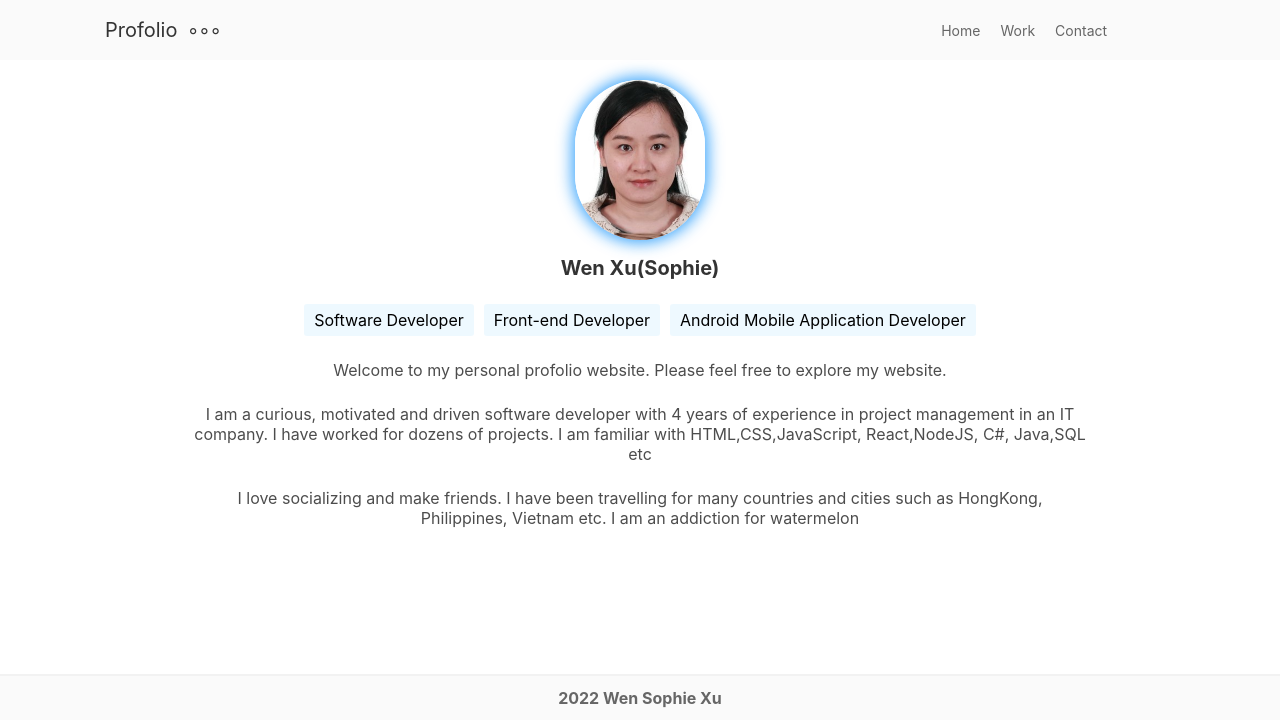
Repository: wenxi0504/myResume_app
Page: /
An editor plug-in stored every save of this project. The page is shown before and after the next save, followed by the edit.
The browser window is 1280 px wide. The pictures show the whole page.
The pointer rests on the first visible `img`.
The project was rebuilt for these pictures with package versions that can differ from the ones it lists, and the page was loaded fresh each time. Also part of the build but not shown: src/pages/WorkPage/index.js, src/pages/WorkPageDetail/index.js, src/pages/Contact/index.js.

Above is the page before, as saved 2022-01-03 16:09:35.

After the next save:
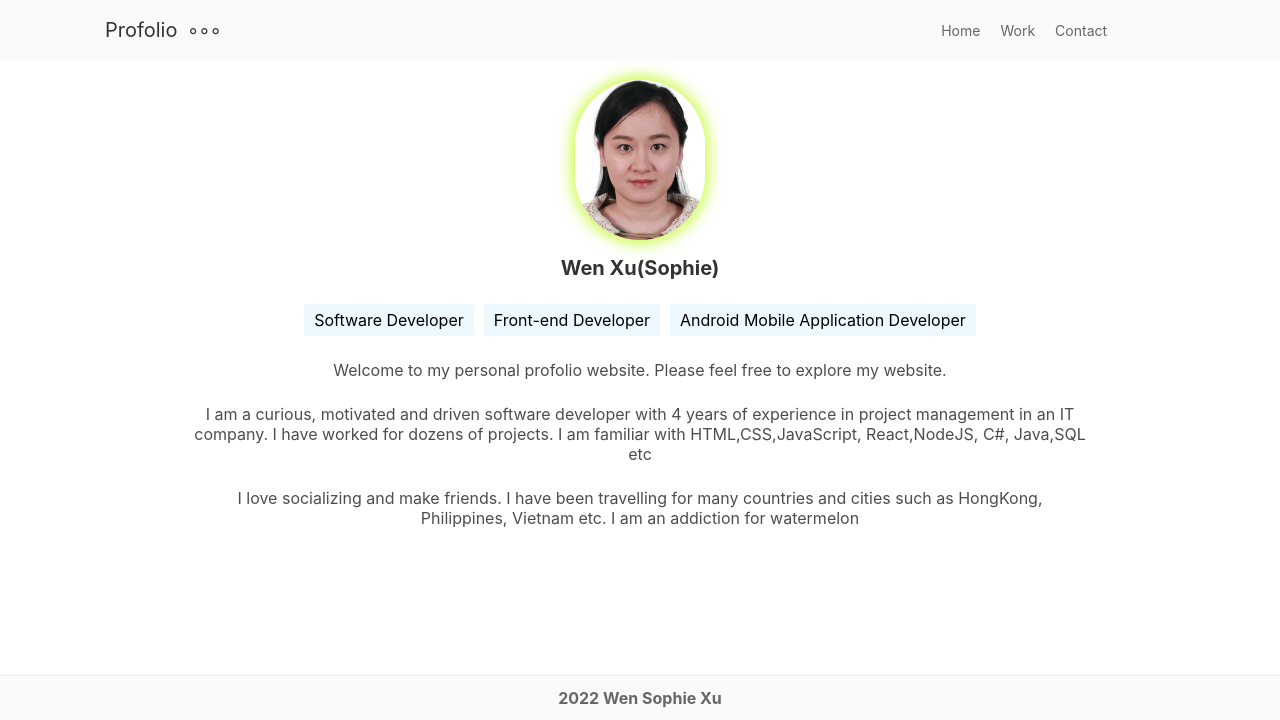
Saved 48 s later.
--- a/src/pages/HomePage/home.module.scss
+++ b/src/pages/HomePage/home.module.scss
@@ -17,7 +17,7 @@
               box-shadow:0px 0px 2px 0px rgb(253, 251, 251)
            }
            img:hover{
-               box-shadow: 0px 0px 15px 3px rgba(11, 143, 250, 0.8)
+               box-shadow: 0px 0px 15px 3px rgba(184, 250, 3, 0.8)
            }
            ul{
             display: flex;
